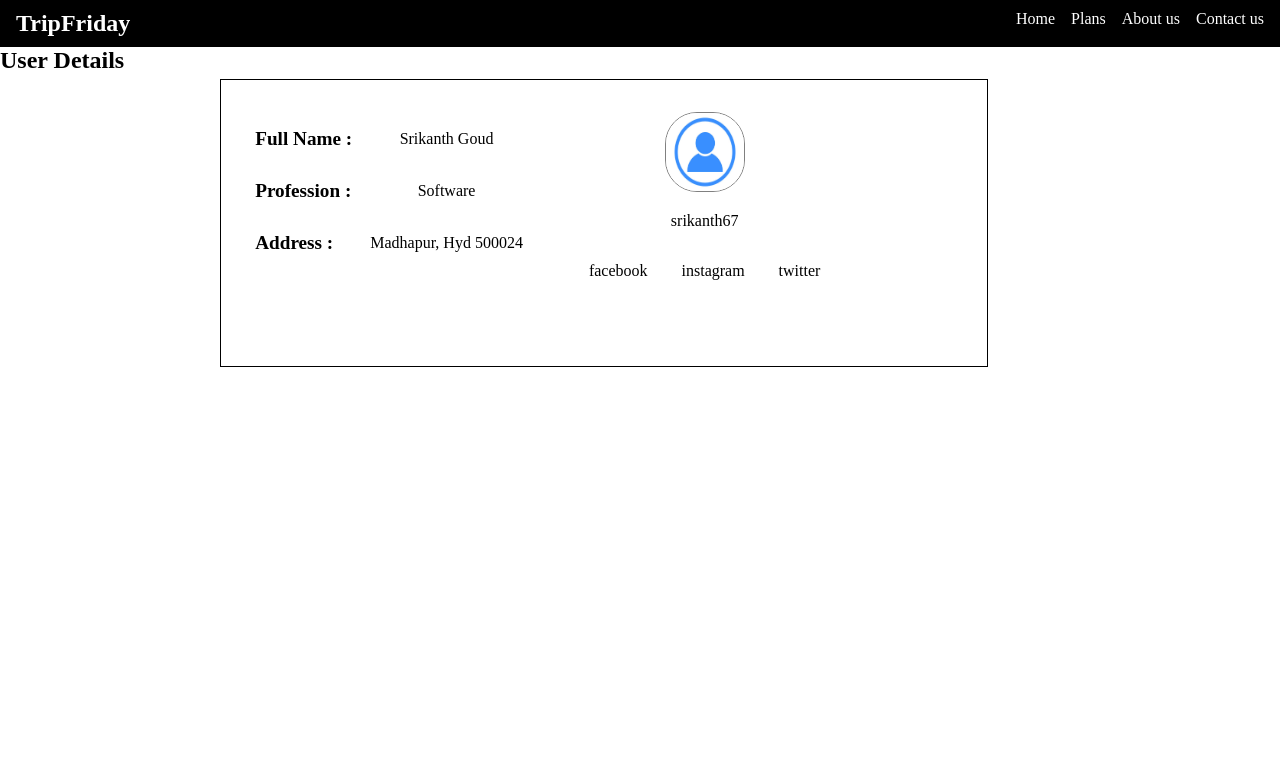
Repository: suraj-yadav7/userprofile
Page: /
The author's editor kept a copy of each file at every save. The page is drawn from the files as they stood at one save, then again after the next save.
The browser window is 1280 px wide. The pictures show the whole page.
The page's requests for data from a server got no answer. The project was rebuilt for these pictures with package versions that can differ from the ones it lists, and the page was loaded fresh each time. No one was signed in, and anything a server would have sent is missing. Also part of the build but not shown: src/components/UserDetails.jsx.

Above is the page before, as saved 2023-05-04 14:46:55.

### src/App.js
import './App.scss';
import UserProfile from './components/UserProfile';
import UserDetails from './components/UserDetails';
import { BrowserRouter as Router, Routes, Route } from 'react-router-dom';
import Header from './components/Header';


function App() {
  return (
    <>
    <Router>
      <Header />
      <Routes>
        <Route exact path='/' element={<UserProfile/>} />
        <Route exact path='/userdetails' element={<UserDetails/> } />
      </Routes>
    </Router>
    </>
  );
}

export default App;

### src/App.scss
*{
padding: 0;
margin: 0;
box-sizing: border-box;
}
nav{
    display: flex;
    justify-content:space-between;
    padding: 10px 1rem;
    background-color: black;
    color: white;
    >div>ul{
        display: flex;
        list-style: none;
        gap: 1rem;
    }
}

### src/components/UserProfile.jsx
import React, { useEffect, useState } from 'react';
import { useNavigate } from 'react-router-dom';
import "../assests/userProfile.scss";
import usericon from"../assests/usericon.jpg"
import "../assests/userDetails.scss"


const UserProfile = () => {
  const [show, setShow] = useState(false)
  const [userData, setUserData] = useState("")
  const navigate = useNavigate()

  const handleNavigate = () => {
    navigate("/userdetails")
  }


  useEffect(() => {
    const Users = async () => {
      try {
        const fetchUser = await fetch("https://jsonplaceholder.typicode.com/users")
        const data = await fetchUser.json()
      setUserData(data)

      }
      catch (error) {
        console.log("Error while fetching user data from api")
      }
    }
    Users()
  }, [])
  console.log(userData)
  return (
    <>
      <div className='userprofile'>
        <h2>User Details</h2>
        <div className='userList'>
          {
            Array.isArray(userData) && userData.map((userIndex) => {

              return (
                <div key={userIndex.id} className='fetchList'>
                  <p onMouseOver={()=>setShow(true)} onMouseOut={()=>setShow(false)} >{userIndex.username} </p> <button onClick={()=>handleNavigate(userIndex.id)} >Show Details</button>
                </div>
              )
            })}

        </div>
        {show ?
          (<div className='hoverItem'>
            <p>Username: username435</p>
            <p>Email: username435@gmail.com</p>
          </div>) : null
        }
            <div className='details'>
  <div className='sub1'>
<table>
  <tr>
    <td><h3>Full Name :  </h3></td>
    <td><p> Srikanth Goud</p> </td>
  </tr>
  <tr>
    <td><h3>Profession :  </h3></td>
    <td><p> Software </p> </td>
  </tr>
  <tr>
    <td><h3>Address :</h3></td>
    <td><p>Madhapur, Hyd 500024</p> </td>
  </tr>
</table>

  </div>
  <div className='sub2'>
    <img src={usericon} alt="userimage"></img>
    <p>srikanth67</p>
    <div className='socialMedia'>
      <p>facebook</p>
      <p>instagram</p>
      <p>twitter</p>
    </div>
  </div>
 </div>

        </div>
    </>
  )
}

export default UserProfile

### src/components/Header.jsx
import React from 'react'

const Header = () => {
  return (
  <>
  <nav>
<h1>TripFriday</h1>
<div>
    <ul>
        <li>Home</li>
        <li>Plans</li>
        <li>About us</li>
        <li>Contact us</li>
    </ul>
</div>
</nav>
  </>
  )
}

export default Header

### src/assests/userProfile.scss
@import "./color.scss";

.userprofile{
    display: flex;
    gap: 2rem;
    height: 100vh;
}
.userList{
    >div{
        padding: 1rem;
        display: flex;
        text-align: center;
    }
}
.fetchList,p,button{
    padding: 30 px;
    margin: 1rem;
    text-align: center;

    >p{
        font: 400 1.1rem sans-serif;
    }
    >button{
        background-color:beige;
        border:1px solid grey;
        width: 6rem;
        height: 2rem;
        border-radius: 1rem;
    }
}

.hoverItem{
    margin:10rem 20rem;
}

### src/assests/userDetails.scss
@import "./color.scss";

.details{
    display: flex;
    gap: 2rem;
    border: 1px solid black;
    width: 60vw;
    height: 40vh;
    padding: 2rem;
    margin: 2rem 2rem;
    >.sub1{
        p{
            font-size: 1rem;
        }
        h3{
            font-size: 1.2rem;
        }
    }

    >.sub2 {
        text-align: center;
    >img{
        width: 5rem;
        height: 5rem;
        border: 1px solid grey;
        border-radius: 2rem;
    }

    >div{
        margin: 1rem 0;
        display: flex;
        gap: 2px;
        align-items: center;
    }
}
}

### src/assests/color.scss
$primary-color: #0f171e;
$secondary-color: #1a242f;
$font-primary:#ffff;
$font-secondary: #79b8f3;

Loaded but not shown: public/index.html (common file); src/index.js (common file)

After the next save:
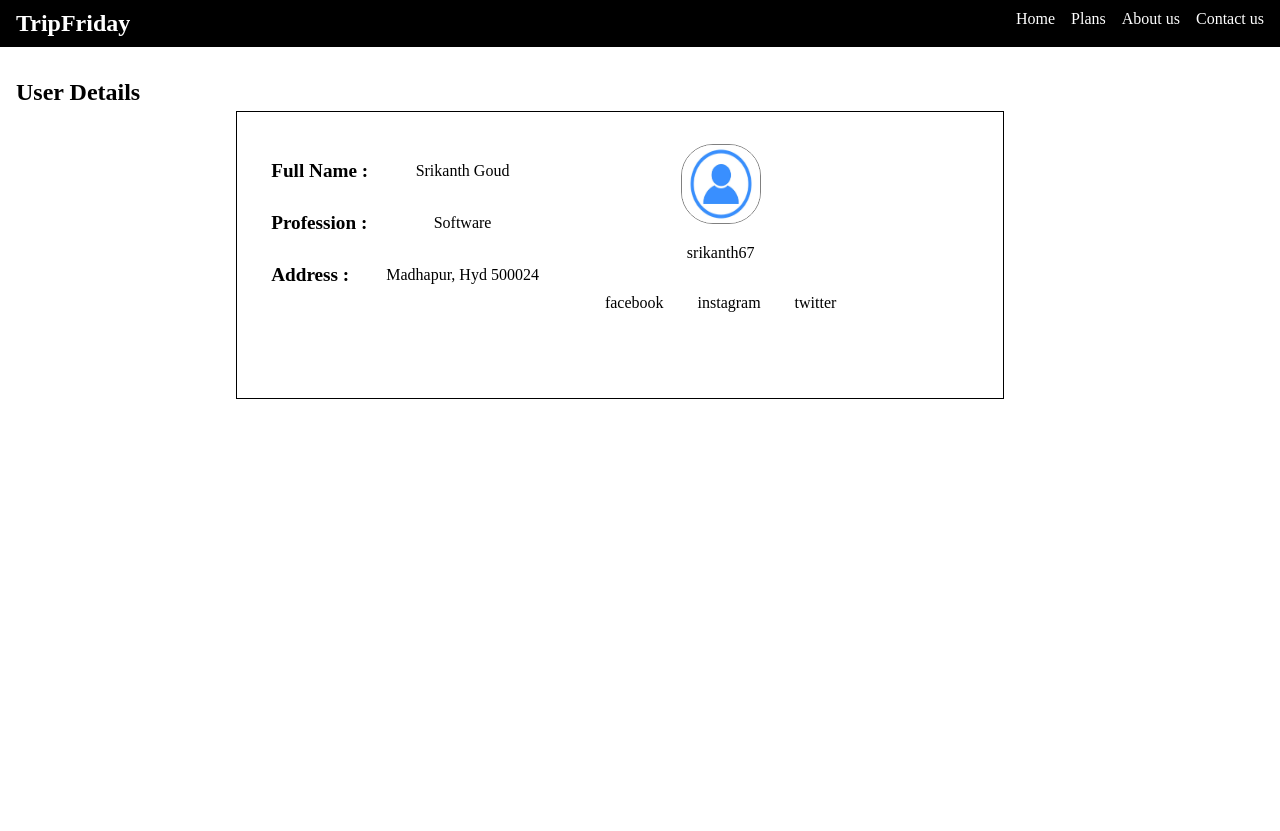
Saved 37 s later.
--- a/src/assests/userProfile.scss
+++ b/src/assests/userProfile.scss
@@ -4,6 +4,7 @@
     display: flex;
     gap: 2rem;
     height: 100vh;
+    margin: 2rem 1rem;
 }
 .userList{
     >div{

After the 2 saves that followed:
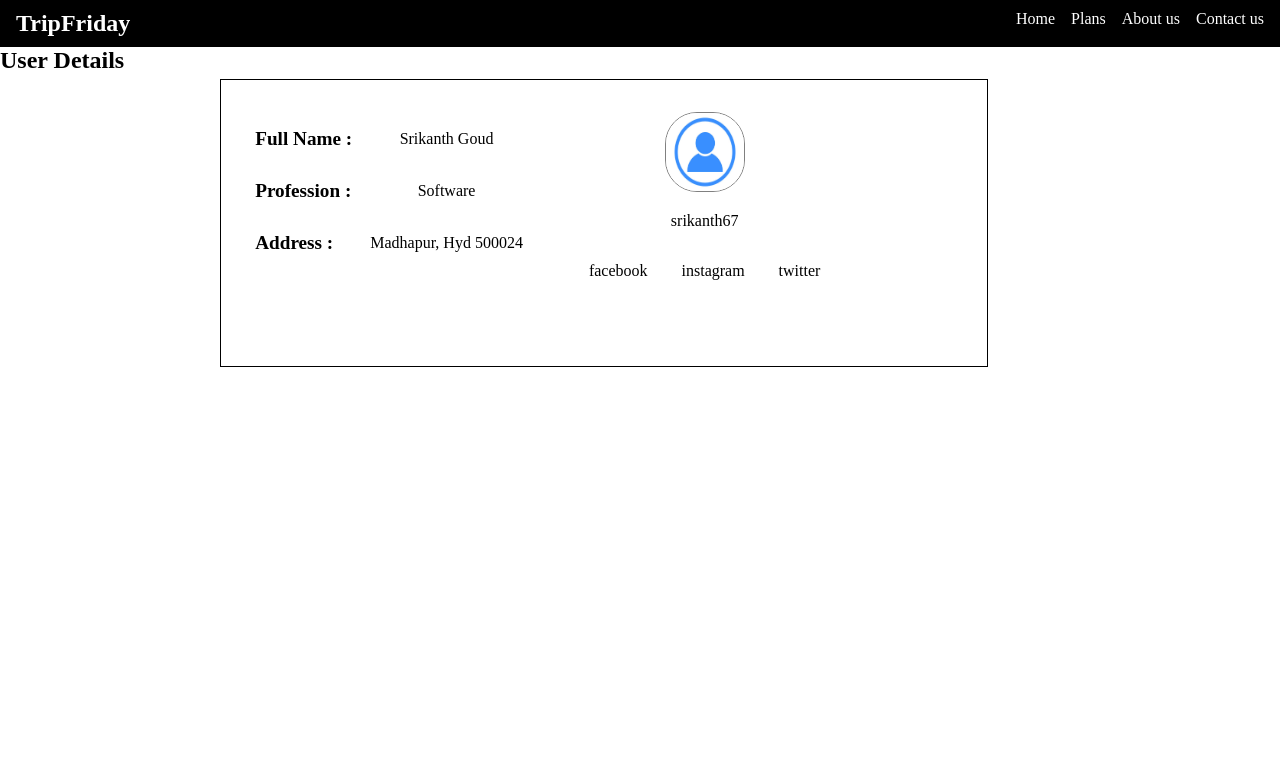
The 2 saves are shown as one change because they came seconds apart.
The last was saved 29 s later.
--- a/src/assests/userProfile.scss
+++ b/src/assests/userProfile.scss
@@ -4,7 +4,6 @@
     display: flex;
     gap: 2rem;
     height: 100vh;
-    margin: 2rem 1rem;
 }
 .userList{
     >div{
